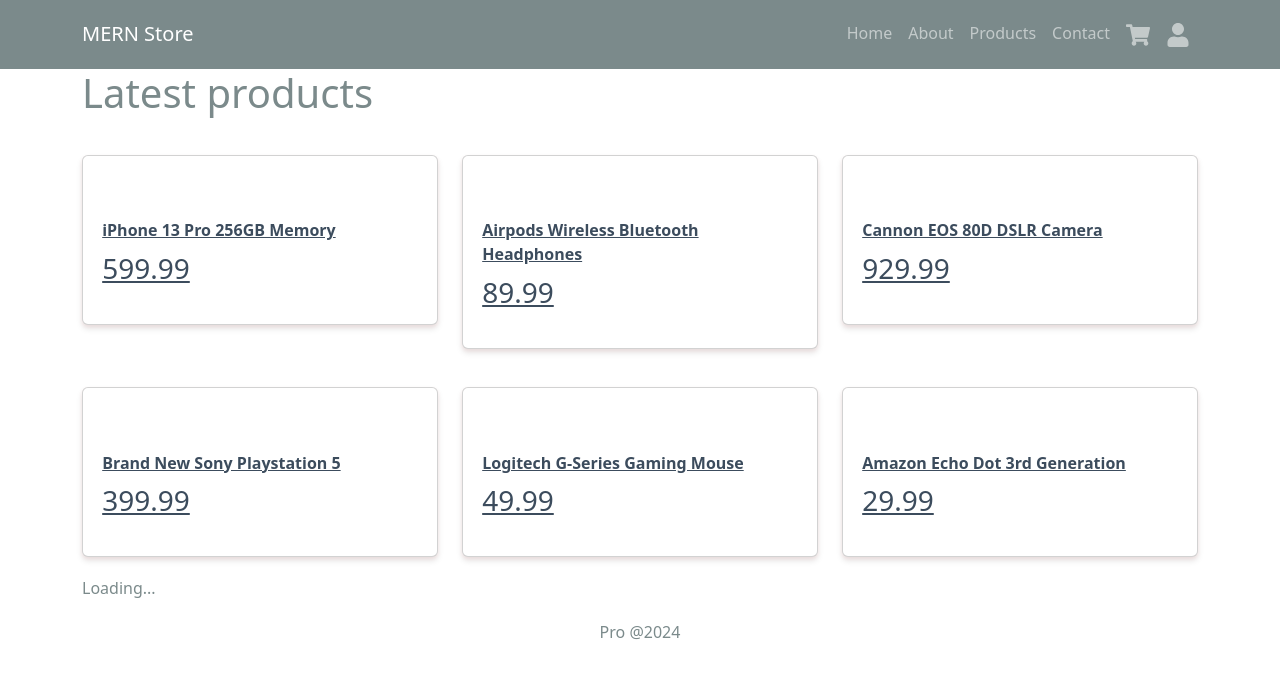
Repository: Attar786/MernStore
Page: / (app in client/)
The author's editor kept a copy of each file at every save. The page is drawn from the files as they stood at one save, then again after the next save.
The browser window is 1280 px wide. The pictures show the whole page.
The project was rebuilt for these pictures with package versions that can differ from the ones it lists, and the page was loaded fresh each time. Also part of the build but not shown: client/vite.config.js, client/src/App.css, client/src/assets/styles/index.css.

Above is the page before, as saved 2024-07-10 00:26:32.

### client/index.html
<!doctype html>
<html lang="en">
  <head>
    <meta charset="UTF-8" />
    <link rel="icon" type="image/svg+xml" href="/vite.svg" />
    <meta name="viewport" content="width=device-width, initial-scale=1.0" />
    <title>MERN Store</title>
  </head>
  <body>
    <div id="root"></div>
    <script type="module" src="/src/main.jsx"></script>
  </body>
</html>

### client/src/main.jsx
import React from 'react'
import ReactDOM from 'react-dom/client'
import App from './App.jsx'
// import './assets/styles/bootstrap.custom.css'
import './assets/styles/bootstrap.custom.css'
import "./assets/styles/index.css"
ReactDOM.createRoot(document.getElementById('root')).render(
  <React.StrictMode>
    <App />
  </React.StrictMode>,
)

### client/src/App.jsx
import { Container } from 'react-bootstrap'
import 'bootstrap/dist/css/bootstrap.min.css'
import './App.css'
import Header from '../components/Header'
import Footer from '../components/Footer'
import HomeScreen from '../screen/HomeScreen'
import { Product } from '../components/Product'

function App() {


  return (
    <>
      <Header/>
      <Container>
<HomeScreen />

<Product/>
      </Container>
      <Footer/>

    </>
  )
}

export default App

### client/components/Header.jsx
import { Navbar, Nav, Container } from 'react-bootstrap'
import {FaShoppingCart , FaUser} from 'react-icons/fa'
const Header = () => {
  return (
   <header>
    <Navbar  bg='dark' variant='dark'  expand='lg'>
<Container>
    <Navbar.Brand href='#home'>MERN Store</Navbar.Brand>
    <Navbar.Toggle aria-controls='basic-navbar-nav'/>
    <Navbar.Collapse id='basic-navbar-nav'>
    <Nav className='ms-auto'>
      <Nav.Link href='#home'>Home</Nav.Link>
      <Nav.Link href='#about'>About</Nav.Link>
      <Nav.Link href='#products'>Products</Nav.Link>
      <Nav.Link href='#contact'>Contact</Nav.Link>
      <Nav.Link href='#cart'><FaShoppingCart size={24} /></Nav.Link>
      <Nav.Link href='#profile'><FaUser size={24} /></Nav.Link>
    </Nav>
    </Navbar.Collapse>
  </Container>
    </Navbar>
   </header>
  )
}

export default Header

### client/components/Footer.jsx
import { Container , Row , Col} from "react-bootstrap"
const Footer = () => {

const CurrentYear = new Date().getFullYear();

  return (
    <footer>
<Container>
  <Row>
    <Col className="text-center py-3">
      <p>Pro @{CurrentYear}</p>


    </Col>
  </Row>

</Container>


    </footer>
  )
}

export default Footer

### client/screen/HomeScreen.jsx
import { Row, Col } from "react-bootstrap";
import { Product } from "../components/Product";
import { products } from "../src/products";
const HomeScreen = () => {
  return (
    <>
      <h1>Latest products</h1>
      <Row>
        {products.map((product) => (
          <Col key={product._id} sm={12} md={6} lg={4} >
<Product product={product}/>
          </Col>
        ))}
      </Row>
    </>
  );
};

export default HomeScreen;

### client/components/Product.jsx
/* eslint-disable react/prop-types */
import { Card } from "react-bootstrap";

export const Product = ({ product }) => {
  // Check if product is defined
  if (!product) {
    return <div>Loading...</div>;
  }

  return (
    <>

      <Card className="my-3 py-3 rounded">
        <a href={`/product/${product._id}`}>
          <Card.Img src={product.Img} variant="top" />
        </a>
        <Card.Body>
          <a href={`/product/${product._id}`}>
            <Card.Title as="div">
              <strong>{product.name}</strong>
            </Card.Title>
            <Card.Text as="h3">{product.price}</Card.Text>
          </a>
        </Card.Body>
      </Card>
    </>
  );
};

// export default Product;

### client/src/products.js
export const products =
[
  {
    _id: "1",
    name: 'iPhone 13 Pro 256GB Memory',
    image: '/images/phone.jpg',
    description:
      'Introducing the iPhone 15 Pro. A transformative triple-camera system that adds tons of capability without complexity. An unprecedented leap in battery life',
    brand: 'Apple',
    category: 'Electronics',
    price: 599.99,
    countInStock: 7,
    rating: 4.0,
    numReviews: 8,
  },


  {
      _id: "2",
      name: 'Airpods Wireless Bluetooth Headphones',
      image: '/images/airpods.jpg',
      description: 'Bluetooth technology lets you connect it with compatible devices wirelessly High-quality AAC audio offers immersive listening experience Built-in microphone allows you to take calls while working',
      brand: 'Apple',
      category: 'Electronics',
      price: 89.99,
      countInStock: 10,
      rating: 4.5,
      numReviews: 12,
    },

    {
      _id: "3",
      name: 'Cannon EOS 80D DSLR Camera',
      image: '/images/camera.jpg',
      description:
        'Characterized by versatile imaging specs, the Canon EOS 80D further clarifies itself using a pair of robust focusing systems and an intuitive design',
      brand: 'Cannon',
      category: 'Electronics',
      price: 929.99,
      countInStock: 5,
      rating: 3,
      numReviews: 12,
    },
    {

      _id: "4",
      name: 'Brand New Sony Playstation 5',
      image: '/images/playstation.jpg',
      description:
        'The ultimate home entertainment center starts with PlayStation. Whether you are into gaming, HD movies, television, music',
      brand: 'Sony',
      category: 'Electronics',
      price: 399.99,
      countInStock: 11,
      rating: 5,
      numReviews: 12,
    },
    {
      _id: "5",
      name: 'Logitech G-Series Gaming Mouse',
      image: '/images/mouse.jpg',
      description:
        'Get a better handle on your games with this Logitech LIGHTSYNC gaming mouse. The six programmable buttons allow customization for a smooth playing experience',
      brand: 'Logitech',
      category: 'Electronics',
      price: 49.99,
      countInStock: 7,
      rating: 3.5,
      numReviews: 10,
    },
    {
      _id: "6",
      name: 'Amazon Echo Dot 3rd Generation',
      image: '/images/alexa.jpg',
      description:
        'Meet Echo Dot - Our most popular smart speaker with a fabric design. It is our most compact smart speaker that fits perfectly into small space',
      brand: 'Amazon',
      category: 'Electronics',
      price: 29.99,
      countInStock: 0,
      rating: 4,
      numReviews: 12,
    },
  ];

Loaded but not shown: client/src/assets/styles/bootstrap.custom.css (library)

After the next save:
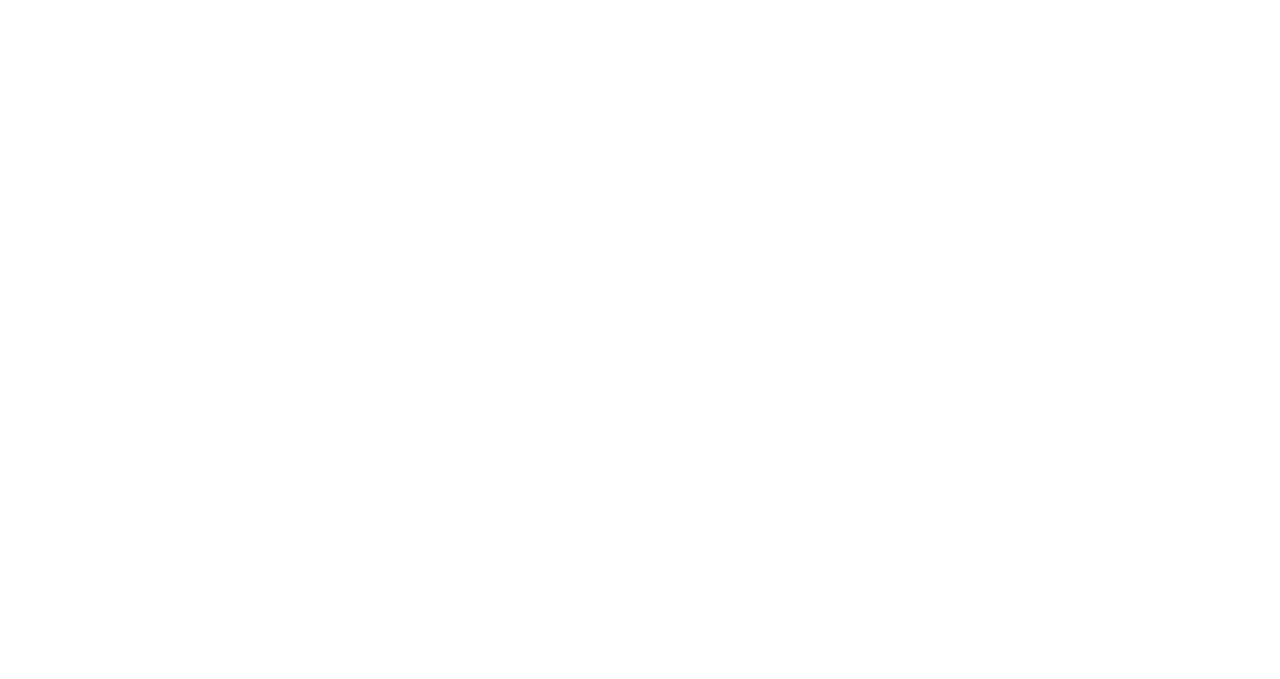
Console error: TypeError: Cannot read properties of undefined (reading '_id')
Saved 46 s later.
--- a/client/components/Product.jsx
+++ b/client/components/Product.jsx
@@ -3,9 +3,9 @@
 
 export const Product = ({ product }) => {
   // Check if product is defined
-  if (!product) {
-    return <div>Loading...</div>;
-  }
+  // if (!product) {
+  //   return <div>Loading...</div>;
+  // }
 
   return (
     <>

After the save that followed:
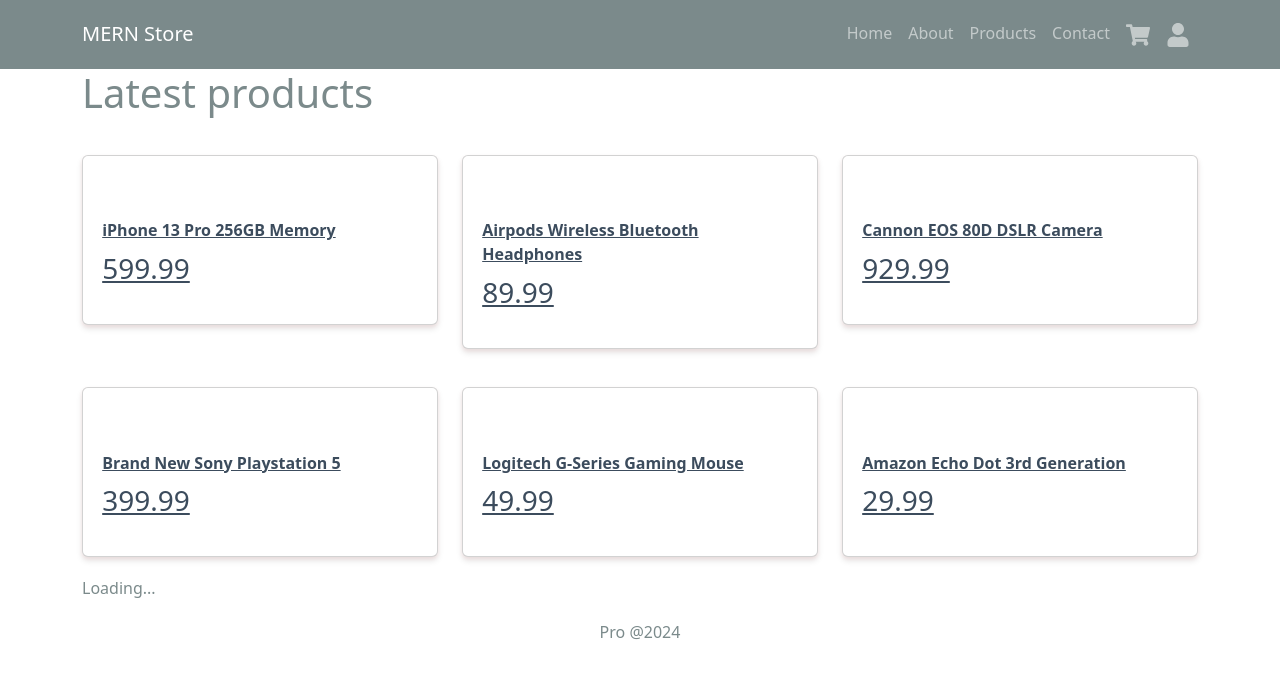
The error is gone.
Saved 8 s later.
--- a/client/components/Product.jsx
+++ b/client/components/Product.jsx
@@ -3,9 +3,9 @@
 
 export const Product = ({ product }) => {
   // Check if product is defined
-  // if (!product) {
-  //   return <div>Loading...</div>;
-  // }
+  if (!product) {
+    return <div>Loading...</div>;
+  }
 
   return (
     <>
